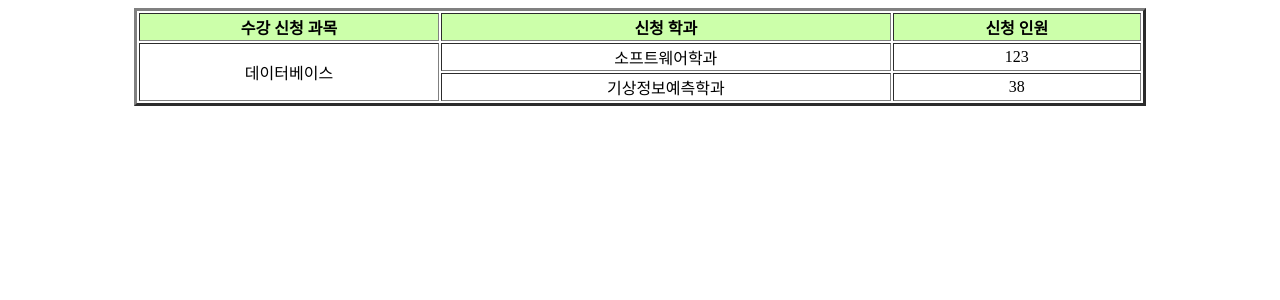
Repository: parkgyutaee/My_JAVA_Project
Page: http://localhost/JSPStudy/test3.jsp
An editor plug-in stored every save of this project. The page is shown before and after the next save, followed by the edit.
The browser window is 1280 px wide. The pictures show the whole page.
The page is served by Tomcat 9.

Above is the page before, as saved 2025-07-09 07:29:37.

After the next save:
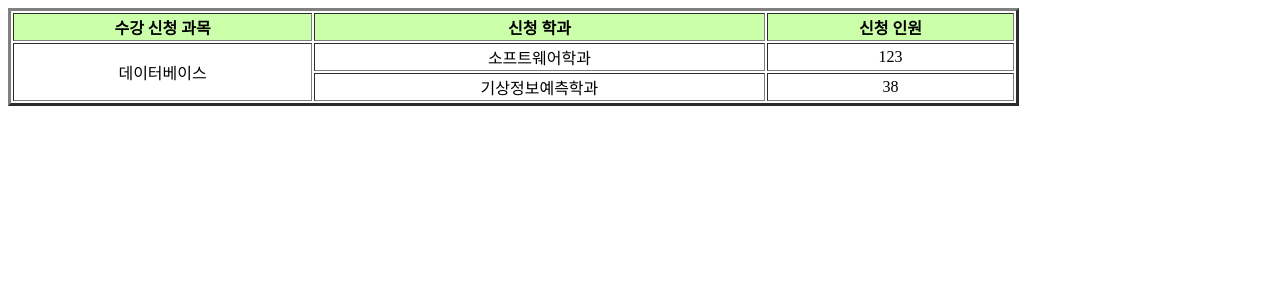
Saved 6 min 45 s later.
--- a/Workspace/JSPStudy/src/main/webapp/test3.jsp
+++ b/Workspace/JSPStudy/src/main/webapp/test3.jsp
@@ -8,13 +8,13 @@
 </head>
 <body>
 
-<table border="3" width="80%" align="center">
+<table border="3" width="80%" >
   <tr bgcolor="#CCFFAA" align="center">
     <th width="30%">수강 신청 과목</th><th>신청 학과</th><th>신청 인원</th>
   </tr>
-  <tr align="center"> <td rowspan="2">데이터베이스</td><td>소프트웨어학과</td> <td>123</td>
+  <tr align="center"> <td rowspan="2" align="center">데이터베이스</td><td >소프트웨어학과</td> <td align="center">123</td>
   </tr>
-  <tr align="center"> <td>기상정보예측학과</td> <td>38</td>
+  <tr align="center"> <td>기상정보예측학과</td> <td align="center">38</td>
   </tr>
 </table>
 </body>
